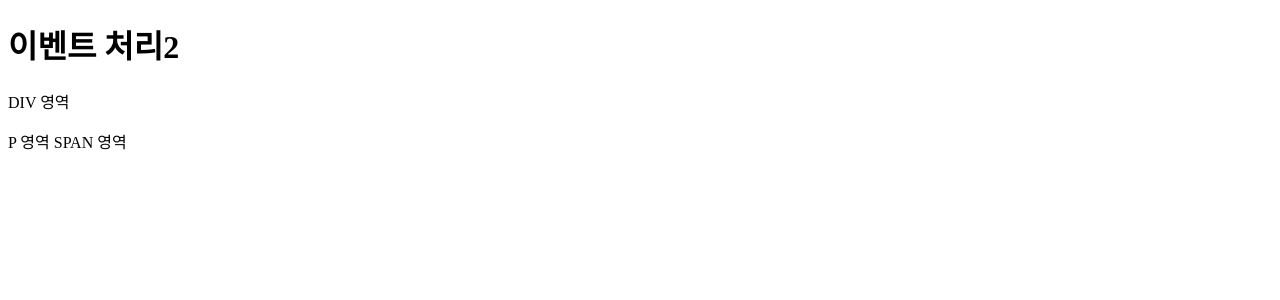
Repository: mira-yoon/vue_1
Page: /
These files come from the project's save history. The page is drawn as it stood at one moment and after the next save; the edit follows.
The browser window is 1280 px wide. The pictures show the whole page.
The project was rebuilt for these pictures with package versions that can differ from the ones it lists, and the page was loaded fresh each time. Also part of the build but not shown: vite.config.js.

Above is the page before, as saved 2023-04-06 11:54:19.

After the next save:
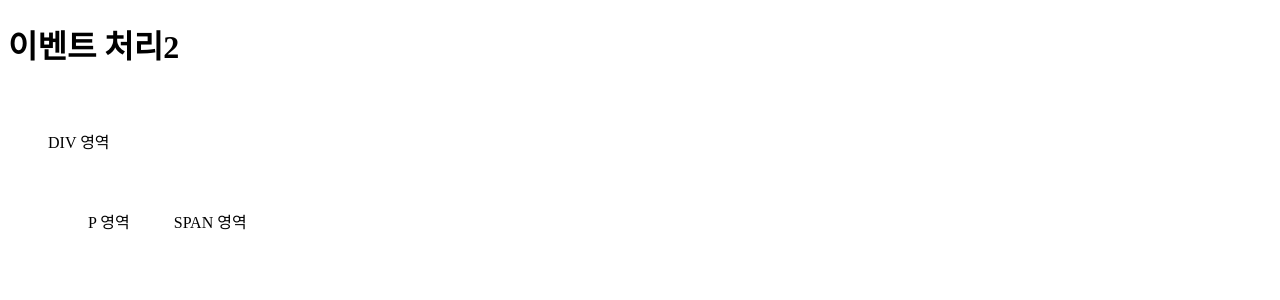
Saved 4 days later.
--- a/src/App.vue
+++ b/src/App.vue
@@ -22,4 +22,10 @@ export default {
 };
 </script>
 
-<style lang="scss" scoped></style>
+<style scoped>
+#modifier div,
+#modifier p,
+#modifier span {
+	padding: 40px;
+}
+</style>
